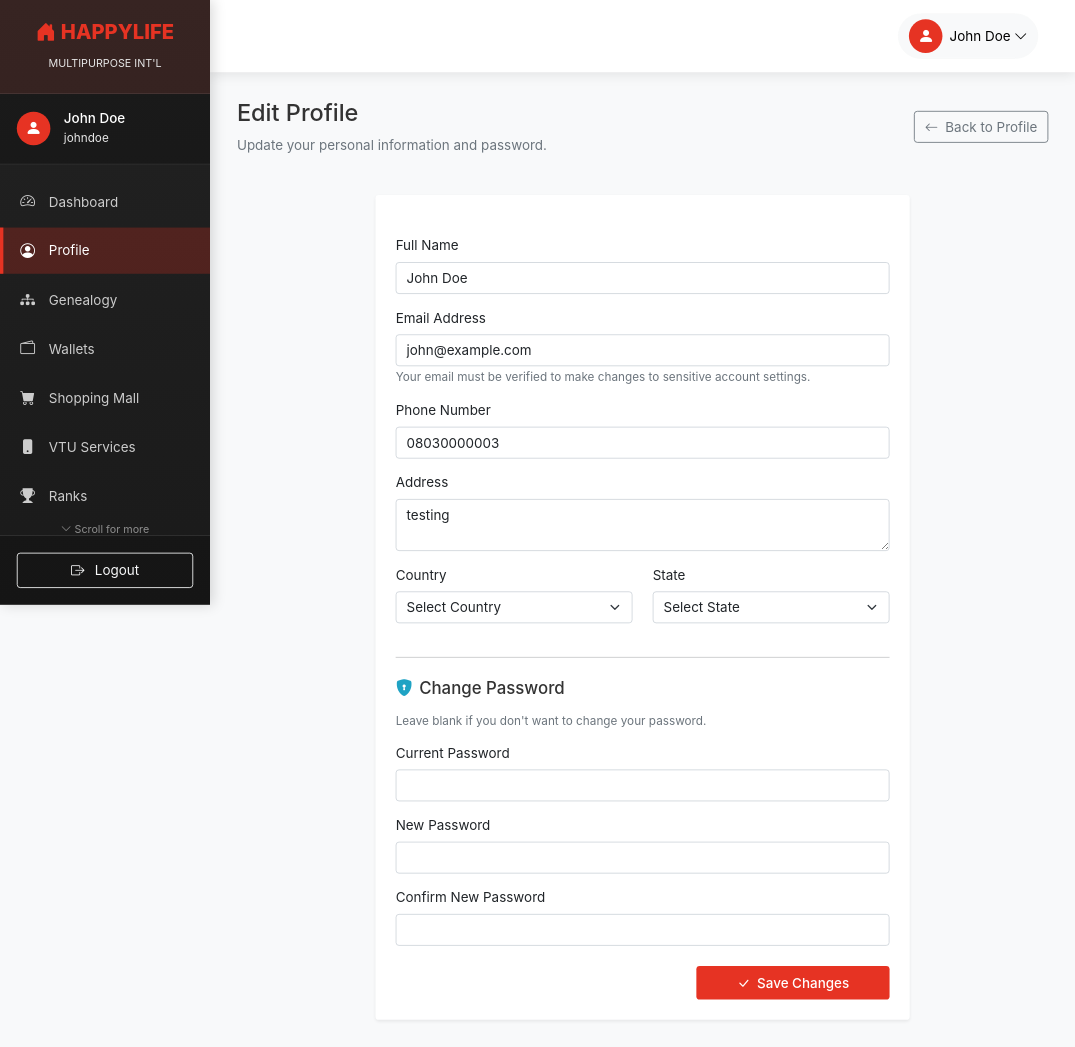
Repository: YackswebCode/happylife
Page: http://localhost/member/profile/edit
These files come from the project's save history. The page is drawn as it stood at one moment and after the next save; the edit follows.
The browser window is 1280 px wide. The pictures show the whole page, at 84% of full size.
The page is served by the project's Laravel application, run on PHP 8.4 with Laravel 12. The first stored user is signed in. Other server files are loaded and not shown. The database holds what the project's SQL file puts in it.

Above is the page before, as saved 2026-03-04 10:50:41.

### app/Models/Country.php
<?php

namespace App\Models;

use Illuminate\Database\Eloquent\Factories\HasFactory;
use Illuminate\Database\Eloquent\Model;

class Country extends Model
{
    use HasFactory;

    protected $fillable = [
        'name',
        'code',
        'region',
        'is_active'
    ];

    protected $casts = [
        'is_active' => 'boolean'
    ];

    // Relationships
    public function states()
    {
        return $this->hasMany(State::class);
    }
}

### resources/views/member/profile/edit.blade.php
@extends('layouts.member')

@section('title', 'Edit Profile - Happylife Multipurpose Int\'l')

@section('content')
<!-- Page Header -->
<div class="row mb-4">
    <div class="col-12">
        <div class="d-flex justify-content-between align-items-center mb-4">
            <div>
                <h1 class="h3 mb-2 text-dark-gray">Edit Profile</h1>
                <p class="text-muted mb-0">Update your personal information and password.</p>
            </div>
            <div>
                <a href="{{ route('member.profile.index') }}" class="btn btn-outline-secondary">
                    <i class="bi bi-arrow-left me-1"></i> Back to Profile
                </a>
            </div>
        </div>
    </div>
</div>

@if(session('success'))
    <div class="alert alert-success alert-dismissible fade show" role="alert">
        <i class="bi bi-check-circle-fill me-2"></i> {{ session('success') }}
        <button type="button" class="btn-close" data-bs-dismiss="alert" aria-label="Close"></button>
    </div>
@endif

@if($errors->any())
    <div class="alert alert-danger alert-dismissible fade show" role="alert">
        <i class="bi bi-exclamation-triangle-fill me-2"></i> Please correct the errors below.
        <button type="button" class="btn-close" data-bs-dismiss="alert" aria-label="Close"></button>
    </div>
@endif

<div class="row">
    <div class="col-lg-8 mx-auto">
        <div class="card border-0 shadow-sm">
            <div class="card-header-custom rounded-top">
                <h5 class="mb-0 text-white"><i class="bi bi-pencil-square me-2"></i>Personal Information</h5>
            </div>
            <div class="card-body p-4">
                <form method="POST" action="{{ route('member.profile.update') }}">
                    @csrf
                    @method('PUT')

                    <!-- Full Name -->
                    <div class="mb-3">
                        <label for="name" class="form-label fw-semibold">Full Name</label>
                        <input type="text" class="form-control @error('name') is-invalid @enderror"
                               id="name" name="name" value="{{ old('name', $user->name) }}" required>
                        @error('name')
                            <div class="invalid-feedback">{{ $message }}</div>
                        @enderror
                    </div>

                    <!-- Email Address -->
                    <div class="mb-3">
                        <label for="email" class="form-label fw-semibold">Email Address</label>
                        <input type="email" class="form-control @error('email') is-invalid @enderror"
                               id="email" name="email" value="{{ old('email', $user->email) }}" required>
                        @error('email')
                            <div class="invalid-feedback">{{ $message }}</div>
                        @enderror
                        <small class="text-muted">Your email must be verified to make changes to sensitive account settings.</small>
                    </div>

                    <!-- Phone Number -->
                    <div class="mb-3">
                        <label for="phone" class="form-label fw-semibold">Phone Number</label>
                        <input type="text" class="form-control @error('phone') is-invalid @enderror"
                               id="phone" name="phone" value="{{ old('phone', $user->phone) }}">
                        @error('phone')
                            <div class="invalid-feedback">{{ $message }}</div>
                        @enderror
                    </div>

                    <!-- Address -->
                    <div class="mb-3">
                        <label for="address" class="form-label fw-semibold">Address</label>
                        <textarea class="form-control @error('address') is-invalid @enderror"
                                  id="address" name="address" rows="2">{{ old('address', $user->address) }}</textarea>
                        @error('address')
                            <div class="invalid-feedback">{{ $message }}</div>
                        @enderror
                    </div>

                    <!-- Country & State (dropdowns) -->
                    <div class="row">
                        <div class="col-md-6 mb-3">
                            <label for="country" class="form-label fw-semibold">Country</label>
                            <select class="form-select @error('country') is-invalid @enderror"
                                    id="country" name="country">
                                <option value="">Select Country</option>
                                @foreach($countries as $country)
                                    <option value="{{ $country->id }}"
                                        {{ old('country', $selectedCountryId) == $country->id ? 'selected' : '' }}>
                                        {{ $country->name }}
                                    </option>
                                @endforeach
                            </select>
                            @error('country')
                                <div class="invalid-feedback">{{ $message }}</div>
                            @enderror
                        </div>
                        <div class="col-md-6 mb-3">
                            <label for="state" class="form-label fw-semibold">State</label>
                            <select class="form-select @error('state') is-invalid @enderror"
                                    id="state" name="state">
                                <option value="">Select State</option>
                                <!-- Options will be populated via JavaScript -->
                            </select>
                            @error('state')
                                <div class="invalid-feedback">{{ $message }}</div>
                            @enderror
                        </div>
                    </div>

                    <hr class="my-4">

                    <!-- Password Change Section -->
                    <h5 class="text-dark-gray mb-3"><i class="bi bi-shield-lock-fill text-teal-blue me-2"></i>Change Password</h5>
                    <p class="text-muted small">Leave blank if you don't want to change your password.</p>

                    <div class="mb-3">
                        <label for="current_password" class="form-label fw-semibold">Current Password</label>
                        <input type="password" class="form-control @error('current_password') is-invalid @enderror"
                               id="current_password" name="current_password">
                        @error('current_password')
                            <div class="invalid-feedback">{{ $message }}</div>
                        @enderror
                    </div>

                    <div class="mb-3">
                        <label for="new_password" class="form-label fw-semibold">New Password</label>
                        <input type="password" class="form-control @error('new_password') is-invalid @enderror"
                               id="new_password" name="new_password">
                        @error('new_password')
                            <div class="invalid-feedback">{{ $message }}</div>
                        @enderror
                    </div>

                    <div class="mb-4">
                        <label for="new_password_confirmation" class="form-label fw-semibold">Confirm New Password</label>
                        <input type="password" class="form-control"
                               id="new_password_confirmation" name="new_password_confirmation">
                    </div>

                    <div class="d-flex justify-content-end">
                        <button type="submit" class="btn btn-red px-5">
                            <i class="bi bi-check-lg me-1"></i> Save Changes
                        </button>
                    </div>
                </form>
            </div>
        </div>
    </div>
</div>
@endsection

@push('scripts')
<script>
    // Password confirmation validation
    document.querySelector('form').addEventListener('submit', function(e) {
        let newPass = document.getElementById('new_password');
        let confirmPass = document.getElementById('new_password_confirmation');
        if (newPass.value !== confirmPass.value) {
            e.preventDefault();
            confirmPass.classList.add('is-invalid');
            let feedback = document.createElement('div');
            feedback.className = 'invalid-feedback';
            feedback.innerText = 'Password confirmation does not match.';
            confirmPass.parentNode.appendChild(feedback);
        }
    });

    // Dynamic state dropdown based on country selection
    const countrySelect = document.getElementById('country');
    const stateSelect = document.getElementById('state');
    const oldStateId = '{{ old('state') }}';
    const storedStateName = '{{ $user->state ?? '' }}';
    const selectedCountryId = countrySelect.value; // already set from old or DB

    function loadStates(countryId, callback) {
        // Clear current options
        stateSelect.innerHTML = '<option value="">Select State</option>';
        if (!countryId) {
            if (callback) callback();
            return;
        }

        fetch(`/member/profile/states/${countryId}`)
            .then(response => response.json())
            .then(data => {
                data.forEach(state => {
                    const option = document.createElement('option');
                    option.value = state.id;
                    option.textContent = state.name;
                    stateSelect.appendChild(option);
                });
                if (callback) callback();
            })
            .catch(error => console.error('Error loading states:', error));
    }

    // After loading states, try to pre-select based on old input or stored state name
    function preSelectState() {
        if (oldStateId) {
            // If there's an old input (after validation error), select that ID
            for (let i = 0; i < stateSelect.options.length; i++) {
                if (stateSelect.options[i].value == oldStateId) {
                    stateSelect.options[i].selected = true;
                    break;
                }
            }
        } else if (storedStateName) {
            // Otherwise, try to match the stored state name
            for (let i = 0; i < stateSelect.options.length; i++) {
                if (stateSelect.options[i].text === storedStateName) {
                    stateSelect.options[i].selected = true;
                    break;
                }
            }
        }
    }

    // On page load, if a country is selected, load its states and then pre-select
    if (selectedCountryId) {
        loadStates(selectedCountryId, preSelectState);
    }

    // When country changes, load states (and clear selection)
    countrySelect.addEventListener('change', function() {
        loadStates(this.value);
    });
</script>
@endpush

### sql/happylife.sql (the tables this page reads)
CREATE TABLE `countries` (
  `id` bigint(20) UNSIGNED NOT NULL,
  `name` varchar(255) NOT NULL,
  `code` varchar(255) NOT NULL,
  `created_at` timestamp NULL DEFAULT NULL,
  `updated_at` timestamp NULL DEFAULT NULL,
  `is_active` tinyint(1) NOT NULL DEFAULT 1
) ENGINE=InnoDB DEFAULT CHARSET=utf8mb4 COLLATE=utf8mb4_unicode_ci;

INSERT INTO `countries` (`id`, `name`, `code`, `created_at`, `updated_at`, `is_active`) VALUES
(1, 'Arewa', 'AR', '2026-02-10 10:13:53', '2026-02-10 10:13:53', 1),
(2, 'Biafra', 'BI', '2026-02-10 10:13:53', '2026-02-10 10:13:53', 1),
(3, 'Ododuwa', 'OD', '2026-02-10 10:13:53', '2026-02-10 10:13:53', 1),
(4, 'Others', 'OT', '2026-02-10 10:13:53', '2026-02-10 10:13:53', 1);

ALTER TABLE `countries`
  ADD PRIMARY KEY (`id`);

ALTER TABLE `countries`
  MODIFY `id` bigint(20) UNSIGNED NOT NULL AUTO_INCREMENT, AUTO_INCREMENT=5;

CREATE TABLE `states` (
  `id` bigint(20) UNSIGNED NOT NULL,
  `name` varchar(255) NOT NULL,
  `code` varchar(255) NOT NULL,
  `is_active` tinyint(1) NOT NULL DEFAULT 1,
  `country_id` bigint(20) UNSIGNED NOT NULL,
  `created_at` timestamp NULL DEFAULT NULL,
  `updated_at` timestamp NULL DEFAULT NULL
) ENGINE=InnoDB DEFAULT CHARSET=utf8mb4 COLLATE=utf8mb4_unicode_ci;

INSERT INTO `states` (`id`, `name`, `code`, `is_active`, `country_id`, `created_at`, `updated_at`) VALUES
(1, 'Adamawa', 'AD', 1, 1, '2026-02-10 10:13:53', '2026-02-10 10:13:53'),
(2, 'Bauchi', 'BA', 1, 1, '2026-02-10 10:13:53', '2026-02-10 10:13:53'),
(3, 'Borno', 'BO', 1, 1, '2026-02-10 10:13:53', '2026-02-10 10:13:53'),
(4, 'Gombe', 'GO', 1, 1, '2026-02-10 10:13:53', '2026-02-10 10:13:53'),
(5, 'Jigawa', 'JI', 1, 1, '2026-02-10 10:13:53', '2026-02-10 10:13:53'),
(6, 'Kaduna', 'KD', 1, 1, '2026-02-10 10:13:53', '2026-02-10 10:13:53'),
(7, 'Kano', 'KN', 1, 1, '2026-02-10 10:13:53', '2026-02-10 10:13:53'),
(8, 'Katsina', 'KT', 1, 1, '2026-02-10 10:13:53', '2026-02-10 10:13:53'),
(9, 'Kebbi', 'KE', 1, 1, '2026-02-10 10:13:53', '2026-02-10 10:13:53'),
(10, 'Kwara', 'KW', 1, 1, '2026-02-10 10:13:53', '2026-02-10 10:13:53'),
(11, 'Niger', 'NI', 1, 1, '2026-02-10 10:13:53', '2026-02-10 10:13:53'),
(12, 'Sokoto', 'SO', 1, 1, '2026-02-10 10:13:53', '2026-02-10 10:13:53'),
(13, 'Taraba', 'TA', 1, 1, '2026-02-10 10:13:53', '2026-02-10 10:13:53'),
(14, 'Yobe', 'YO', 1, 1, '2026-02-10 10:13:53', '2026-02-10 10:13:53'),
(15, 'Zamfara', 'ZA', 1, 1, '2026-02-10 10:13:53', '2026-02-10 10:13:53'),
(16, 'Abia', 'AB', 1, 2, '2026-02-10 10:13:53', '2026-02-10 10:13:53'),
(17, 'Anambra', 'AN', 1, 2, '2026-02-10 10:13:53', '2026-02-10 10:13:53'),
(18, 'Ebonyi', 'EB', 1, 2, '2026-02-10 10:13:53', '2026-02-10 10:13:53'),
(19, 'Enugu', 'EN', 1, 2, '2026-02-10 10:13:53', '2026-02-10 10:13:53'),
(20, 'Imo', 'IM', 1, 2, '2026-02-10 10:13:53', '2026-02-10 10:13:53'),
(21, 'Ekiti', 'EK', 1, 3, '2026-02-10 10:13:53', '2026-02-10 10:13:53'),
(22, 'Lagos', 'LG', 1, 3, '2026-02-10 10:13:53', '2026-02-10 10:13:53'),
(23, 'Ogun', 'OG', 1, 3, '2026-02-10 10:13:53', '2026-02-10 10:13:53'),
(24, 'Ondo', 'OD', 1, 3, '2026-02-10 10:13:53', '2026-02-10 10:13:53'),
(25, 'Osun', 'OS', 1, 3, '2026-02-10 10:13:53', '2026-02-10 10:13:53'),
(26, 'Oyo', 'OY', 1, 3, '2026-02-10 10:13:53', '2026-02-10 10:13:53');

ALTER TABLE `states`
  ADD PRIMARY KEY (`id`),
  ADD KEY `states_country_id_foreign` (`country_id`);

ALTER TABLE `states`
  MODIFY `id` bigint(20) UNSIGNED NOT NULL AUTO_INCREMENT, AUTO_INCREMENT=27;

ALTER TABLE `states`
  ADD CONSTRAINT `states_country_id_foreign` FOREIGN KEY (`country_id`) REFERENCES `countries` (`id`) ON DELETE CASCADE;

CREATE TABLE `users` (
  `id` bigint(20) UNSIGNED NOT NULL,
  `name` varchar(255) NOT NULL,
  `email` varchar(255) NOT NULL,
  `email_verified_at` timestamp NULL DEFAULT NULL,
  `username` varchar(255) NOT NULL,
  `phone` varchar(255) DEFAULT NULL,
  `address` text DEFAULT NULL,
  `password` varchar(255) NOT NULL,
  `sponsor_id` varchar(255) DEFAULT NULL,
  `placement_id` varchar(255) DEFAULT NULL,
  `placement_position` varchar(255) DEFAULT NULL,
  `package_id` bigint(20) UNSIGNED DEFAULT NULL,
  `country` varchar(255) DEFAULT NULL,
  `state` varchar(255) DEFAULT NULL,
  `product_id` bigint(20) UNSIGNED DEFAULT NULL,
  `pickup_center_id` bigint(20) UNSIGNED DEFAULT NULL,
  `rank_id` bigint(20) UNSIGNED DEFAULT NULL,
  `left_count` int(11) NOT NULL DEFAULT 0,
  `right_count` int(11) NOT NULL DEFAULT 0,
  `total_pv` decimal(12,2) NOT NULL DEFAULT 0.00,
  `current_pv` decimal(12,2) NOT NULL DEFAULT 0.00,
  `status` varchar(255) NOT NULL DEFAULT 'active',
  `registration_date` timestamp NULL DEFAULT NULL,
  `role` enum('admin','company','member') NOT NULL DEFAULT 'member',
  `remember_token` varchar(100) DEFAULT NULL,
  `verification_code` varchar(10) DEFAULT NULL,
  `created_at` timestamp NULL DEFAULT NULL,
  `updated_at` timestamp NULL DEFAULT NULL,
  `referral_code` varchar(255) DEFAULT NULL,
  `payment_status` varchar(20) NOT NULL DEFAULT 'pending',
  `activated_at` timestamp NULL DEFAULT NULL,
  `commission_wallet_balance` decimal(12,2) DEFAULT 0.00,
  `registration_wallet_balance` decimal(12,2) DEFAULT 0.00,
  `rank_wallet_balance` decimal(12,2) DEFAULT 0.00,
  `shopping_wallet_balance` decimal(12,2) DEFAULT 0.00,
  `left_pv` decimal(12,2) NOT NULL DEFAULT 0.00,
  `right_pv` decimal(12,2) NOT NULL DEFAULT 0.00,
  `direct_bonus_total` decimal(12,2) DEFAULT 0.00,
  `indirect_level_2_bonus_total` decimal(12,2) DEFAULT 0.00,
  `indirect_level_3_bonus_total` decimal(12,2) DEFAULT 0.00,
  `matching_pv_bonus_total` decimal(12,2) DEFAULT 0.00,
  `paid_matching_pv` decimal(12,2) NOT NULL DEFAULT 0.00,
  `rank_bonus_total` decimal(12,2) DEFAULT 0.00,
  `repurchase_bonus_total` decimal(12,2) DEFAULT 0.00,
  `lifestyle_bonus_total` decimal(12,2) DEFAULT 0.00,
  `direct_sponsors_count` int(11) DEFAULT 0,
  `upgrade_bonus_total` decimal(12,2) NOT NULL DEFAULT 0.00
) ENGINE=InnoDB DEFAULT CHARSET=utf8mb4 COLLATE=utf8mb4_unicode_ci;

INSERT INTO `users` (`id`, `name`, `email`, `email_verified_at`, `username`, `phone`, `address`, `password`, `sponsor_id`, `placement_id`, `placement_position`, `package_id`, `country`, `state`, `product_id`, `pickup_center_id`, `rank_id`, `left_count`, `right_count`, `total_pv`, `current_pv`, `status`, `registration_date`, `role`, `remember_token`, `verification_code`, `created_at`, `updated_at`, `referral_code`, `payment_status`, `activated_at`, `commission_wallet_balance`, `registration_wallet_balance`, `rank_wallet_balance`, `shopping_wallet_balance`, `left_pv`, `right_pv`, `direct_bonus_total`, `indirect_level_2_bonus_total`, `indirect_level_3_bonus_total`, `matching_pv_bonus_total`, `paid_matching_pv`, `rank_bonus_total`, `repurchase_bonus_total`, `lifestyle_bonus_total`, `direct_sponsors_count`, `upgrade_bonus_total`) VALUES
(2, 'John Doe', 'john@example.com', '2026-02-10 13:18:14', 'johndoe', '08030000003', 'testing', '$2y$12$54luF8FjQiMF5Z9/x7FbvO0RRZLtmGML4HrhpsoY4o/vycr9W9WRi', '1', '1', NULL, 2, NULL, NULL, 1, 2, 2, 1, 0, 260.00, 260.00, 'active', '2026-02-10 11:51:19', 'member', NULL, NULL, '2026-02-10 11:51:19', '2026-02-21 13:02:52', 'SP12345', 'paid', NULL, 32706.00, 0.00, 0.00, 0.00, 220.00, 40.00, 32500.00, 125.00, 37.50, 4.00, 40.00, 5000.00, 0.00, 0.00, 2, 40.00),
(32, 'Yahaya Ibrahim', 'yahayaibraheem808@gmail.com', '2026-02-21 11:40:09', 'yahayaibrahim', '+234 7084343765', '21 421 Mokwa-bida Road NI Mokwa, Ng\r\nBuilding', '$2y$12$i9XkddAX75gOFwnMPIWsW.28jNLi5/IxSsEAZgi4Reb7uBoG6LQxG', '2', '2', 'left', 4, 'Arewa', 'Niger', 4, 3, 2, 1, 1, 130.00, 130.00, 'active', '2026-02-21 11:39:18', 'member', NULL, NULL, '2026-02-21 11:39:18', '2026-02-21 15:15:13', 'HL7J7TUK', 'paid', '2026-02-21 11:41:08', 6107.50, 0.00, 6000.00, 2000.00, 50.00, 50.00, 5000.00, 62.50, 0.00, 5.00, 50.00, 6000.00, 0.00, 0.00, 4, 40.00),
(33, 'Yahaya Ibrahim', 'yi66130@gmail.com', '2026-02-21 11:43:36', 'yahayaibrahim1', '+2348012345678', NULL, '$2y$12$zW2NanW5WiKjpZX5ILKO1u9Dpnm2VeOijFNCeU5TJCZVS39h95m8i', '32', '32', 'left', 1, 'Arewa', 'Niger', 1, 3, NULL, 0, 0, 10.00, 10.00, 'active', '2026-02-21 11:43:13', 'member', NULL, NULL, '2026-02-21 11:43:13', '2026-02-21 11:43:51', 'HLGFBAHK', 'paid', '2026-02-21 11:43:51', 0.00, 0.00, 0.00, 0.00, 0.00, 0.00, 0.00, 0.00, 0.00, 0.00, 0.00, 0.00, 0.00, 0.00, 0, 0.00),
(34, 'Yahaya Ibrahim', 'khadijat6126@gmail.com', '2026-02-21 11:47:30', 'yahayaibrahim2', '+2348012345677', NULL, '$2y$12$qU/SnLtbB.l6Ek5hRXXC8eGaWP/TC0gFh7pSaoL33XUstLfzbr8JG', '32', '32', 'right', 1, 'Arewa', 'Niger', 1, 3, NULL, 1, 0, 20.00, 20.00, 'active', '2026-02-21 11:47:04', 'member', NULL, NULL, '2026-02-21 11:47:04', '2026-02-21 11:53:11', 'HLY4DBNO', 'paid', '2026-02-21 11:47:44', 2500.00, 0.00, 0.00, 0.00, 10.00, 0.00, 2500.00, 0.00, 0.00, 0.00, 0.00, 0.00, 0.00, 0.00, 2, 0.00),
(35, 'Yahaya Ibrahim', 'yacksweb@mail.com', '2026-02-21 11:52:53', 'yahayaibrahim3', '+2348012345655', NULL, '$2y$12$CNV3Id6rWMjDjLExwPirver7eHzeoebI4Fk.Z27bJAW6oetRC5naO', '34', '34', 'left', 1, 'Arewa', 'Niger', 1, 3, NULL, 0, 0, 10.00, 10.00, 'active', '2026-02-21 11:52:32', 'member', NULL, NULL, '2026-02-21 11:52:32', '2026-02-21 11:53:11', 'HLEYEAYZ', 'paid', '2026-02-21 11:53:11', 0.00, 0.00, 0.00, 0.00, 0.00, 0.00, 0.00, 0.00, 0.00, 0.00, 0.00, 0.00, 0.00, 0.00, 0, 0.00);

ALTER TABLE `users`
  ADD PRIMARY KEY (`id`),
  ADD UNIQUE KEY `users_email_unique` (`email`),
  ADD UNIQUE KEY `users_username_unique` (`username`),
  ADD UNIQUE KEY `users_referral_code_unique` (`referral_code`),
  ADD KEY `users_package_id_foreign` (`package_id`),
  ADD KEY `users_pickup_center_id_foreign` (`pickup_center_id`),
  ADD KEY `users_rank_id_foreign` (`rank_id`),
  ADD KEY `users_product_id_foreign` (`product_id`);

ALTER TABLE `users`
  MODIFY `id` bigint(20) UNSIGNED NOT NULL AUTO_INCREMENT, AUTO_INCREMENT=36;

ALTER TABLE `users`
  ADD CONSTRAINT `users_package_id_foreign` FOREIGN KEY (`package_id`) REFERENCES `packages` (`id`),
  ADD CONSTRAINT `users_pickup_center_id_foreign` FOREIGN KEY (`pickup_center_id`) REFERENCES `pickup_centers` (`id`),
  ADD CONSTRAINT `users_rank_id_foreign` FOREIGN KEY (`rank_id`) REFERENCES `ranks` (`id`);

Loaded but not shown: app/Providers/AppServiceProvider.php (common file); app/Http/Controllers/Controller.php (common file); resources/views/layouts/member.blade.php (814 lines, source omitted); routes/member.php (158 lines, source omitted); app/Models/User.php (322 lines, source omitted); routes/web.php (161 lines, source omitted); app/Http/Controllers/Member/ProfileController.php (128 lines, source omitted); app/Models/State.php (38 lines, source omitted); routes/admin.php (no stored copy; drawn as an empty file)

After the next save:
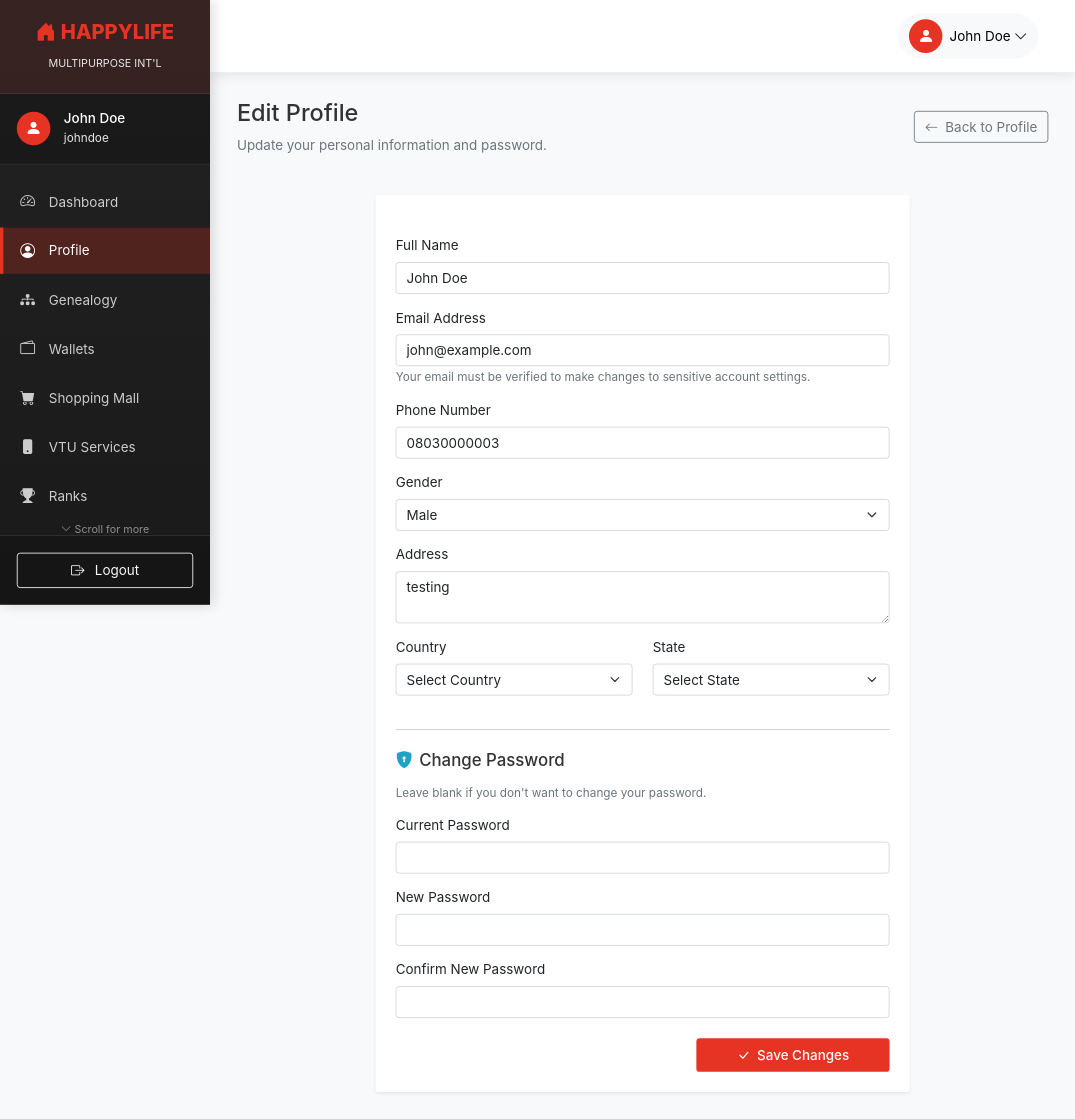
Saved 41 s later.
--- a/resources/views/member/profile/edit.blade.php
+++ b/resources/views/member/profile/edit.blade.php
@@ -72,6 +72,19 @@
                         <input type="text" class="form-control @error('phone') is-invalid @enderror"
                                id="phone" name="phone" value="{{ old('phone', $user->phone) }}">
                         @error('phone')
+                            <div class="invalid-feedback">{{ $message }}</div>
+                        @enderror
+                    </div>
+
+                    <!-- Gender (NEW) -->
+                    <div class="mb-3">
+                        <label for="gender" class="form-label fw-semibold">Gender</label>
+                        <select class="form-select @error('gender') is-invalid @enderror" id="gender" name="gender" required>
+                            <option value="" disabled>Select gender</option>
+                            <option value="male" {{ old('gender', $user->gender) == 'male' ? 'selected' : '' }}>Male</option>
+                            <option value="female" {{ old('gender', $user->gender) == 'female' ? 'selected' : '' }}>Female</option>
+                        </select>
+                        @error('gender')
                             <div class="invalid-feedback">{{ $message }}</div>
                         @enderror
                     </div>
